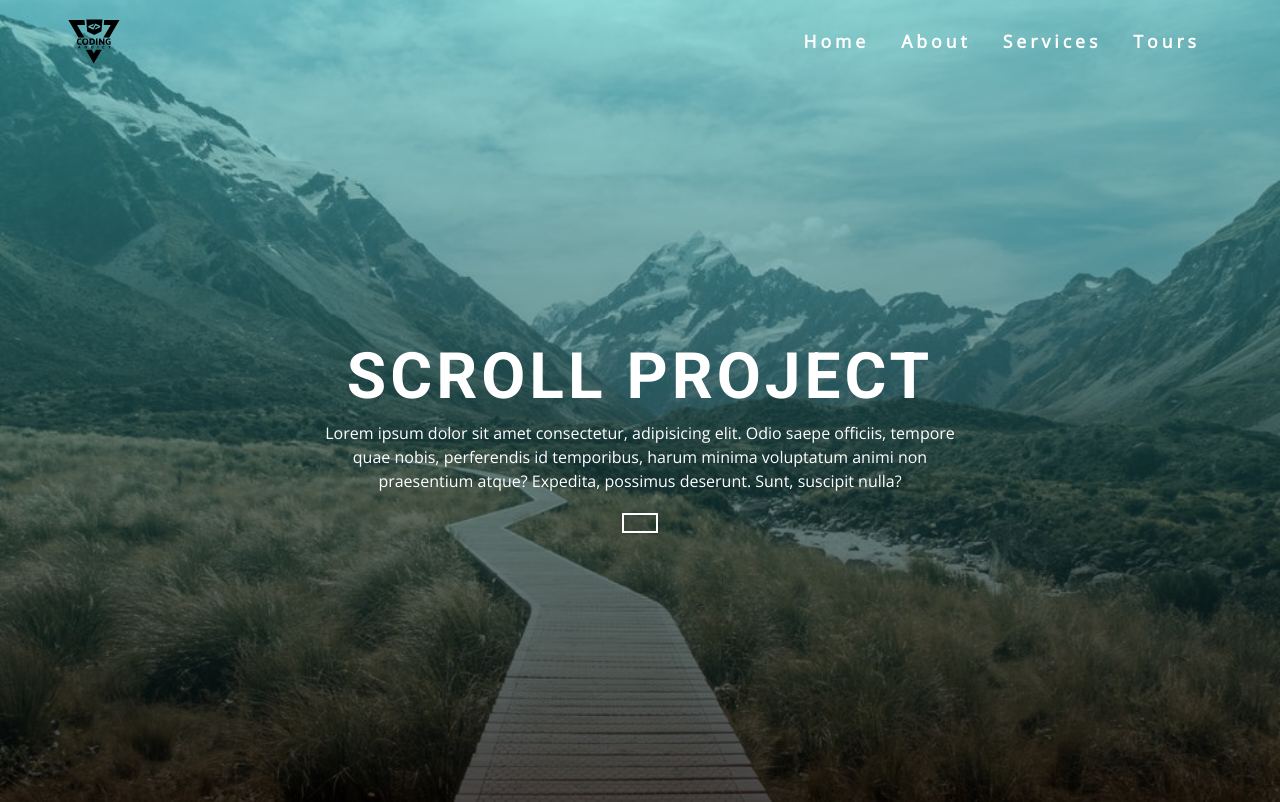
Repository: spidero7/Scroll
Page: index.html
These files come from the project's save history. The page is drawn as it stood at one moment and after a run of saves; the edit follows.
The browser window is 1280 px wide. The pictures show the whole page.
Some web libraries are served in a nearby version.

Above is the page before, as saved 2021-10-07 06:56:23.

### index.html
<!DOCTYPE html>
<html lang="en">
<head>
    <meta charset="UTF-8">
    <meta http-equiv="X-UA-Compatible" content="IE=edge">
    <meta name="viewport" content="width=device-width, initial-scale=1.0">
    <title>Scroll</title>
    <link rel="stylesheet" href="styles.css">
    <link rel="stylesheet" href="https://cdnjs.cloudflare.com/ajax/libs/font-awesome/5.14.0/css/all.min.css">
</head>
<body>
    <!-- header  -->
    <header id="home">
        <!-- navbar -->
        <nav id="nav">
            <div class="nav-center">
                <!-- nav header  -->
                <div class="nav-header">
                    <img src="./imgs/logo.svg" alt="logo" class="logo"/>
                    <button class="nav-toggle">
                        <i class="fas fa-bars"></i>
                    </button>
                </div>
                <!-- links -->
                <div class="links-container">
                    <ul class="links">
                        <li>
                          <a href="#home" class="scroll-link">home</a>
                        </li>
                        <li>
                          <a href="#about" class="scroll-link">about</a>
                        </li>
                        <li>
                          <a href="#services" class="scroll-link">services</a>
                        </li>
                        <li>
                          <a href="#tours" class="scroll-link">tours</a>
                        </li>
                      </ul>
                </div>
            </div>
        </nav>
        <!-- banner -->
        <div class="banner">
            <div class="container">
                <h1>scroll project</h1>
                <p>
                    Lorem ipsum dolor sit amet consectetur, adipisicing elit. Odio saepe officiis,
                    tempore quae nobis, perferendis id temporibus, harum minima voluptatum animi non
                    praesentium atque? Expedita, possimus deserunt. Sunt, suscipit nulla?
                </p>
                <a href="#tours" class="scroll-link btn btn-white">

                </a>
            </div>
        </div>
    </header>
    <script src="app.js"></script>
</body>
</html>

### styles.css
/*
===============
Fonts
===============
*/
@import url("https://fonts.googleapis.com/css?family=Open+Sans|Roboto:400,700&display=swap");

/*
===============
Variables
===============
*/

:root {
  /* dark shades of primary color*/
  --clr-primary-1: hsl(205, 86%, 17%);
  --clr-primary-2: hsl(205, 77%, 27%);
  --clr-primary-3: hsl(205, 72%, 37%);
  --clr-primary-4: hsl(205, 63%, 48%);
  /* primary/main color */
  --clr-primary-5: #49a6e9;
  /* lighter shades of primary color */
  --clr-primary-6: hsl(205, 89%, 70%);
  --clr-primary-7: hsl(205, 90%, 76%);
  --clr-primary-8: hsl(205, 86%, 81%);
  --clr-primary-9: hsl(205, 90%, 88%);
  --clr-primary-10: hsl(205, 100%, 96%);
  /* darkest grey - used for headings */
  --clr-grey-1: hsl(209, 61%, 16%);
  --clr-grey-2: hsl(211, 39%, 23%);
  --clr-grey-3: hsl(209, 34%, 30%);
  --clr-grey-4: hsl(209, 28%, 39%);
  /* grey used for paragraphs */
  --clr-grey-5: hsl(210, 22%, 49%);
  --clr-grey-6: hsl(209, 23%, 60%);
  --clr-grey-7: hsl(211, 27%, 70%);
  --clr-grey-8: hsl(210, 31%, 80%);
  --clr-grey-9: hsl(212, 33%, 89%);
  --clr-grey-10: hsl(210, 36%, 96%);
  --clr-white: #fff;
  --clr-red-dark: hsl(360, 67%, 44%);
  --clr-red-light: hsl(360, 71%, 66%);
  --clr-green-dark: hsl(125, 67%, 44%);
  --clr-green-light: hsl(125, 71%, 66%);
  --clr-secondary: hsla(182, 63%, 54%);
  --clr-black: #222;
  --ff-primary: "Roboto", sans-serif;
  --ff-secondary: "Open Sans", sans-serif;
  --transition: all 0.3s linear;
  --spacing: 0.25rem;
  --radius: 0.5rem;
  --light-shadow: 0 5px 15px rgba(0, 0, 0, 0.1);
  --dark-shadow: 0 5px 15px rgba(0, 0, 0, 0.2);
  --max-width: 1170px;
  --fixed-width: 620px;
}
/*
===============
Global Styles
===============
*/
html {
  scroll-behavior: smooth;
}
*,
::after,
::before {
  margin: 0;
  padding: 0;
  box-sizing: border-box;
}
body {
  font-family: var(--ff-secondary);
  background: var(--clr-grey-10);
  color: var(--clr-grey-1);
  line-height: 1.5;
  font-size: 0.875rem;
}
ul {
  list-style-type: none;
}
a {
  text-decoration: none;
}
img:not(.logo) {
  width: 100%;
}
img {
  display: block;
}

h1,
h2,
h3,
h4 {
  letter-spacing: var(--spacing);
  text-transform: capitalize;
  line-height: 1.25;
  margin-bottom: 0.75rem;
  font-family: var(--ff-primary);
}
h1 {
  font-size: 3rem;
}
h2 {
  font-size: 2rem;
}
h3 {
  font-size: 1.25rem;
}
h4 {
  font-size: 0.875rem;
}
p {
  margin-bottom: 1.25rem;
  color: var(--clr-grey-5);
}
@media screen and (min-width: 800px) {
  h1 {
    font-size: 4rem;
  }
  h2 {
    font-size: 2.5rem;
  }
  h3 {
    font-size: 1.75rem;
  }
  h4 {
    font-size: 1rem;
  }
  body {
    font-size: 1rem;
  }
  h1,
  h2,
  h3,
  h4 {
    line-height: 1;
  }
}
/*  global classes */

.btn {
  text-transform: uppercase;
  background: transparent;
  color: var(--clr-black);
  padding: 0.375rem 0.75rem;
  letter-spacing: var(--spacing);
  display: inline-block;
  transition: var(--transition);
  font-size: 0.875rem;
  border: 2px solid var(--clr-black);
  cursor: pointer;
  box-shadow: 0 1px 3px rgba(0, 0, 0, 0.2);
  border-radius: var(--radius);
}
.btn:hover {
  color: var(--clr-white);
  background: var(--clr-black);
}
.btn-white {
  color: var(--clr-white);
  border-color: var(--clr-white);
  border-radius: 0;
  padding: 0.5rem 1rem;
}
.btn:hover {
  background: var(--clr-white);
  color: var(--clr-secondary);
}
/* section */
.section {
  padding-bottom: 5rem;
}

.section-center {
  width: 90vw;
  margin: 0 auto;
  max-width: 1170px;
}
@media screen and (min-width: 992px) {
  .section-center {
    width: 95vw;
  }
}
main {
  min-height: 100vh;
  display: grid;
  place-items: center;
}
/*
===============
Scroll
===============
*/
/* navbar */
nav {
  background: var(--clr-white);
  padding: 1rem 1.5rem;
}
/* fixed nav */
.fixed-nav {
  position: fixed;
  top: 0;
  left: 0;
  width: 100%;
  background: var(--clr-white);
  box-shadow: var(--light-shadow);
}
.fixed-nav .links a {
  color: var(--clr-grey-1);
}
.fixed-nav .links a:hover {
  color: var(--clr-secondary);
}
/* .fixed-nav .links-container {
  height: auto !important;
} */
.nav-header {
  display: flex;
  align-items: center;
  justify-content: space-between;
}
.nav-toggle {
  font-size: 1.5rem;
  color: var(--clr-grey-1);
  background: transparent;
  border-color: transparent;
  transition: var(--transition);
  cursor: pointer;
}
.nav-toggle:hover {
  color: var(--clr-secondary);
}
.logo {
  height: 50px;
}
.links-container {
  height: 0;
  overflow: hidden;
  transition: var(--transition);
}
.show-links {
  height: 200px;
}
.links a {
  background: var(--clr-white);
  color: var(--clr-grey-5);
  font-size: 1.1rem;
  text-transform: capitalize;
  letter-spacing: var(--spacing);
  display: block;
  transition: var(--transition);
  font-weight: bold;
  padding: 0.75rem 0;
}
.links a:hover {
  color: var(--clr-grey-1);
}
@media screen and (min-width: 800px) {
  nav {
    background: transparent;
  }
  .nav-center {
    width: 90vw;
    max-width: 1170px;
    margin: 0 auto;
    display: flex;
    align-items: center;
    justify-content: space-between;
  }
  .nav-header {
    padding: 0;
  }
  .nav-toggle {
    display: none;
  }
  .links-container {
    height: auto !important;
  }
  .links {
    display: flex;
  }
  .links a {
    background: transparent;
    color: var(--clr-white);
    font-size: 1.1rem;
    text-transform: capitalize;
    letter-spacing: var(--spacing);
    display: block;
    transition: var(--transition);
    margin: 0 1rem;
    font-weight: bold;
    padding: 0;
  }
  .links a:hover {
    color: var(--clr-white);
  }
}
/* hero */
header {
  min-height: 100vh;
  background: linear-gradient(rgba(63, 208, 212, 0.5), rgba(0, 0, 0, 0.7)),
    url(./hero-bcg.jpeg) center/cover no-repeat;
}
.banner {
  min-height: 100vh;
  display: grid;
  place-items: center;
  text-align: center;
}
.container h1 {
  color: var(--clr-white);
  text-transform: uppercase;
}
.container p {
  color: var(--clr-white);
  max-width: 25rem;
  margin: 0 auto;
  margin-bottom: 1.25rem;
}
@media screen and (min-width: 768px) {
  .container p {
    max-width: 40rem;
  }
}
/* sections and title */
.title h2 {
  text-align: center;
  text-transform: uppercase;
}
.title span {
  color: var(--clr-secondary);
}
#about,
#services,
#tours {
  height: 80vh;
}
#services {
  background: var(--clr-white);
}
footer {
  background: var(--clr-grey-1);
  padding: 5rem 1rem;
}
footer p {
  color: var(--clr-white);
  text-align: center;
  text-transform: capitalize;
  letter-spacing: var(--spacing);
  margin-bottom: 0;
}

.top-link {
  font-size: 1.25rem;
  position: fixed;
  bottom: 3rem;
  right: 3rem;
  background: var(--clr-secondary);
  width: 2rem;
  height: 2rem;
  display: grid;
  place-items: center;
  border-radius: var(--radius);
  color: var(--clr-white);
  animation: bounce 2s ease-in-out infinite;

  visibility: hidden;
  z-index: -100;
}
.show-link {
  visibility: visible;
  z-index: 100;
}

@keyframes bounce {
  0% {
    transform: scale(1);
  }
  50% {
    transform: scale(1.5);
  }
  100% {
    transform: scale(1);
  }
}

Loaded but not shown: app.js (no stored copy; drawn as an empty file)

After the next 2 saves:
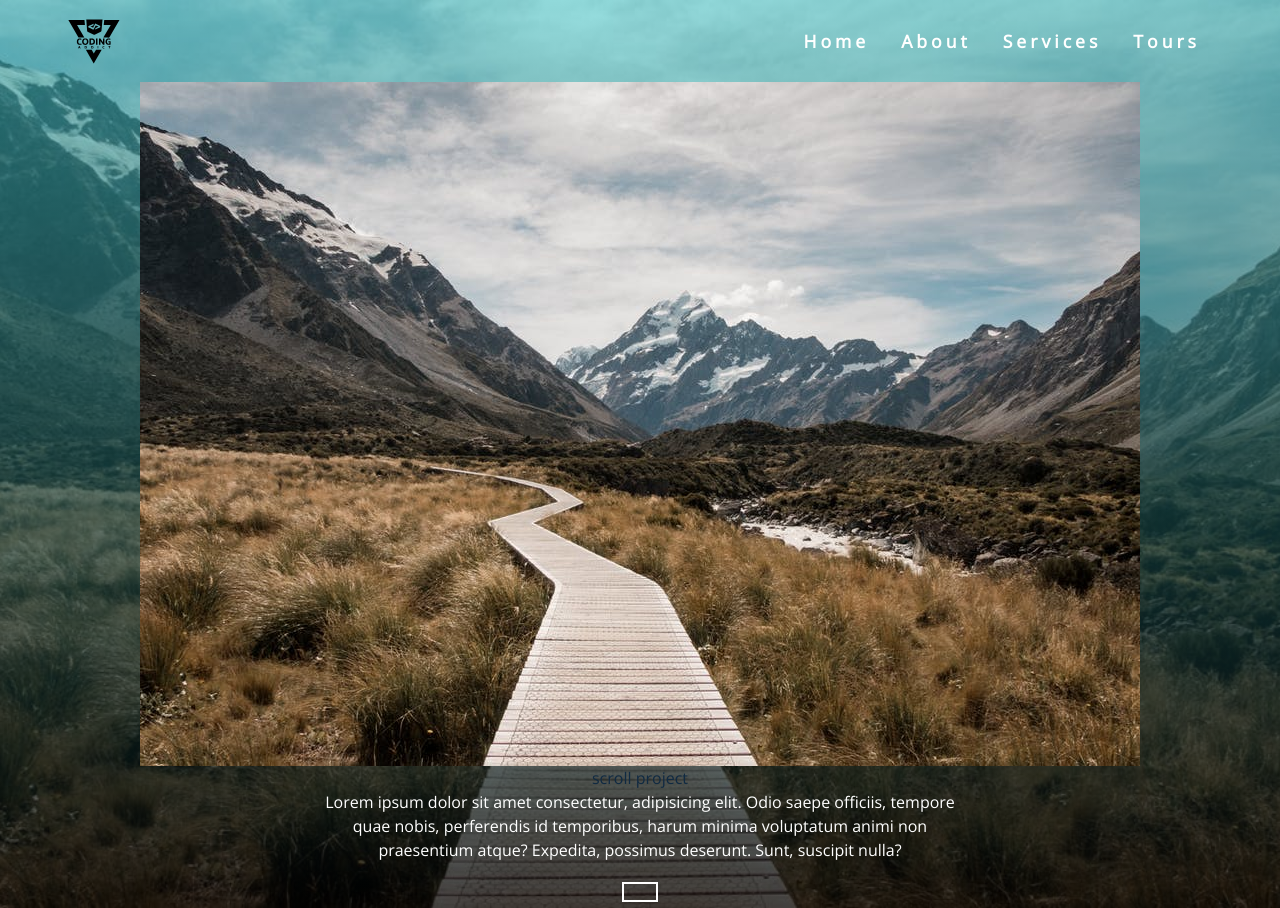
The 2 saves are shown as one change because they came seconds apart.
The last was saved 118 s later.
--- a/index.html
+++ b/index.html
@@ -43,6 +43,7 @@
         <!-- banner -->
         <div class="banner">
             <div class="container">
+                <img src="./imgs/hero-bcg.jpeg"
                 <h1>scroll project</h1>
                 <p>
                     Lorem ipsum dolor sit amet consectetur, adipisicing elit. Odio saepe officiis,
